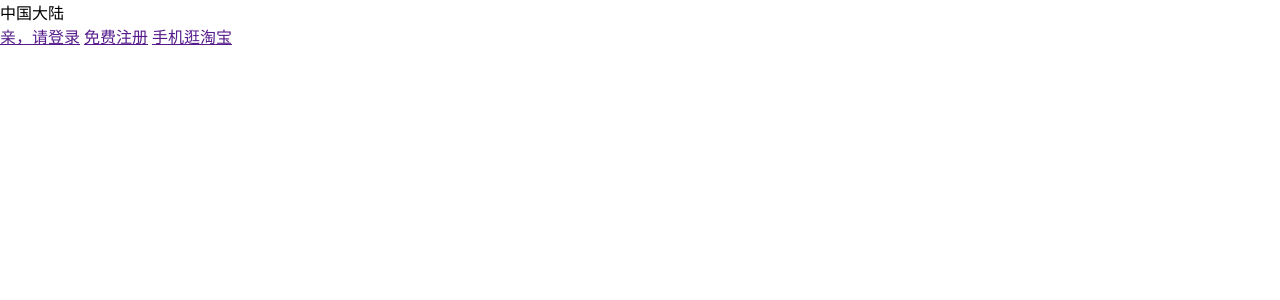
Repository: lafengdetudou/llianxi
Page: 123.html
These files come from the project's save history. The page is drawn as it stood at one moment and after a run of saves; the edit follows.
The browser window is 1280 px wide. The pictures show the whole page.

Above is the page before, as saved 2023-03-13 20:18:32.

After the next 2 saves:
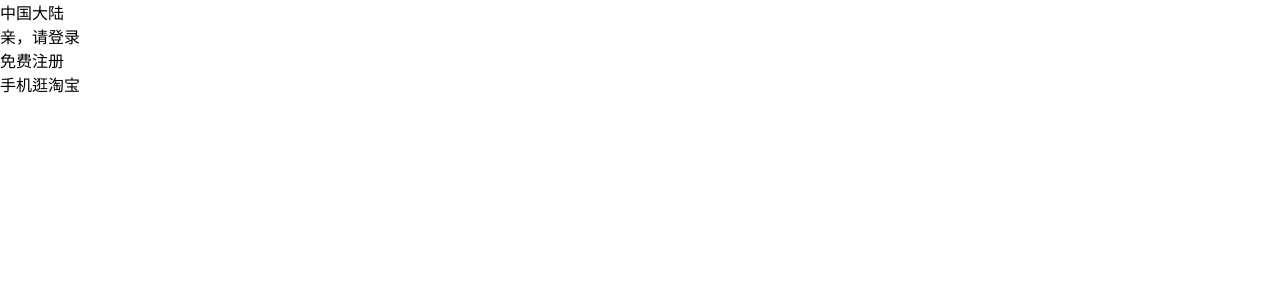
The 2 saves are shown as one change because they came seconds apart.
The last was saved 5 min 44 s later.
--- a/123.html
+++ b/123.html
@@ -11,10 +11,12 @@
     <div id="top">
         <div id="regittext">
             <div class="regitbox">
-                <p>中国大陆</p>
-                <a href="">亲，请登录</a>
-                <a href="">免费注册</a>
-                <a href="">手机逛淘宝</a>
+                <ul>
+                    <li>中国大陆</li>
+                    <li>亲，请登录</li>
+                    <li>免费注册</li>
+                    <li>手机逛淘宝</li>
+                </ul>
             </div>
         </div>
     </div>
